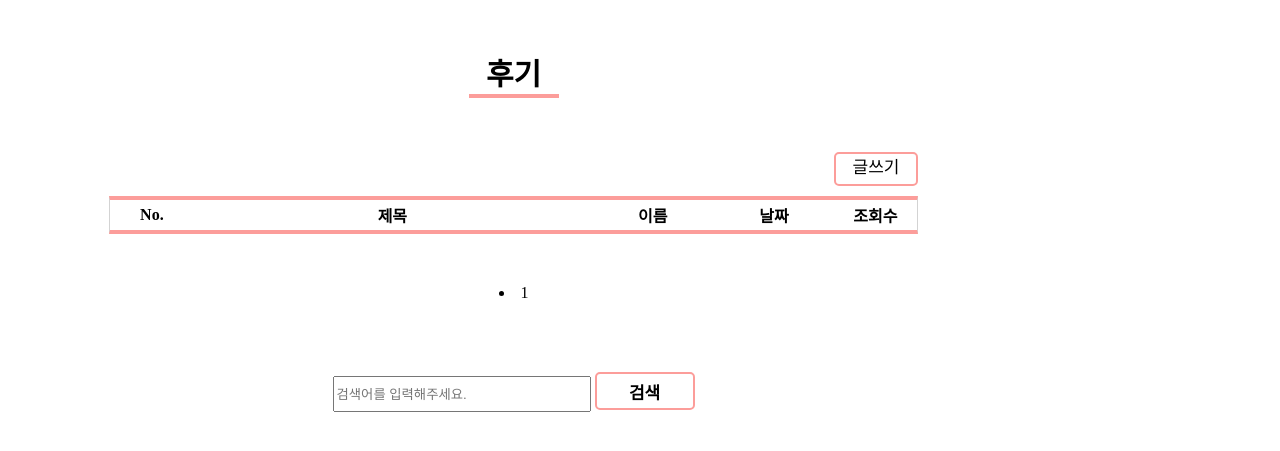
Repository: seugju/HSDsemi
Page: http://localhost/studioMood/postList?reqPage=1
An editor plug-in stored every save of this project. The page is shown before and after the next save, followed by the edit.
The browser window is 1280 px wide. The pictures show the whole page.
The page is served by Tomcat 9. Other server files are loaded and not shown. Queries for data that is not in the repository find no rows.

Above is the page before, as saved 2020-11-23 05:18:28.

### project-workspace/studioMood/WebContent/WEB-INF/views/post/postList.jsp
<%@page import="member.model.vo.Member"%>
<%@page import="java.util.ArrayList"%>
<%@page import="post.model.vo.Post"%>
<%@ page language="java" contentType="text/html; charset=UTF-8"
    pageEncoding="UTF-8"%>
    <%
    ArrayList<Post> list = (ArrayList<Post>)request.getAttribute("list");
    String pageNavi = (String)request.getAttribute("pageNavi");
    Member m = (Member)session.getAttribute("member");
    %>
<!DOCTYPE html PUBLIC "-//W3C//DTD HTML 4.01 Transitional//EN" "http://www.w3.org/TR/html4/loose.dtd">
<html>
<head>
<meta http-equiv="Content-Type" content="text/html; charset=UTF-8">
<title>Insert title here</title>
   <style>
        .content{
            width: 80%;

        }
        .content *{
            margin: 0 auto;
        }
        .pink{
            margin-top: 50px;
            width: 90px;
            text-align: center;
            font-weight: bold;
            font-size: 30px;
            border-bottom: 4px solid rgb(252, 157, 154);
        }
        table{
            width: 80%;
            border-top: 4px solid rgb(252, 157, 154);
            border-left: 1px solid lightgray;
            border-bottom: 4px solid rgb(252, 157, 154);
            border-right: 1px solid lightgray;
        }
       .write>a{
            text-decoration: none;
            color: black;
            display: inline-block;
            width: 80px;
            height: 30px;
            line-height: 28px;
            font-size: 17px;
            text-align: center;
            background-color: white;
            border: 2px solid rgb(252, 157, 154);
            border-radius: 5px;


        }
        .write{
            width: 80%;
            text-align: right;
            margin-bottom: 10px;
        }
        .post{
            width: 80%;
            text-align: center;
        }
        .search-text{
            width: 250px;
            height: 30px;
        }
        .btn-post{
            margin-top: 20px;
            width: 100px;
            height: 38px;
            font-weight: bold;
            font-size: 17px;
            background-color: white;
            border: 2px solid rgb(252, 157, 154);
            border-radius: 5px;
        }
        #pageNavi{
            text-align: center;
            margin: 50px;
        }
    </style>
</head>
<body>
  <div class="content">
   <section>
       <div class="pink">후기</div>
       <br>
       <br>
       <br>

       <%//if(m!=null && m.getMemberLevel()==1) {%>
       <div class="write">
       <a href="/postWriteFrm" class="write-btn">글쓰기</a>
       </div>
       <%//} %>
       <table>
           <tr>
               <th width="10%">No.</th>
               <th width="50%">제목</th>
               <th width="15%;">이름</th>
               <th width="15%;">날짜</th>
               <th width="10%;">조회수</th>
           </tr>
           <%for(Post p : list) {%>
          <tr>
               <th><%=p.getpNum() %></th>
               <th><a href="/postView?postNo=<%=p.getPostNo()%>"><%=p.getPostTitle() %></a></th>
               <th><%=p.getPostWriter() %></th>
               <th><%=p.getPostWriter() %></th>
               <th></th>
           </tr>
           <%} %>
       </table>
       <div id="pageNavi"><%=pageNavi %></div>
       <div class="post">
       <form action="" method="get" id="search">
       <input type="text" placeholder="검색어를 입력해주세요." class="search-text">
       <input type="submit" value="검색" class="btn-post">
       </form>
       </div>
   </section>
    </div>
</body>
</html>

### project-workspace/studioMood/src/post/controller/PostListServlet.java
package post.controller;

import java.io.IOException;

import javax.servlet.RequestDispatcher;
import javax.servlet.ServletException;
import javax.servlet.annotation.WebServlet;
import javax.servlet.http.HttpServlet;
import javax.servlet.http.HttpServletRequest;
import javax.servlet.http.HttpServletResponse;

import post.model.service.PostService;
import post.model.vo.PostPageData;

/**
 * Servlet implementation class PostListServlet
 */
@WebServlet(name = "PostList", urlPatterns = { "/postList" })
public class PostListServlet extends HttpServlet {
	private static final long serialVersionUID = 1L;

    /**
     * @see HttpServlet#HttpServlet()
     */
    public PostListServlet() {
        super();
        // TODO Auto-generated constructor stub
    }

	/**
	 * @see HttpServlet#doGet(HttpServletRequest request, HttpServletResponse response)
	 */
	protected void doGet(HttpServletRequest request, HttpServletResponse response) throws ServletException, IOException {
		//1. 인코딩
		request.setCharacterEncoding("utf-8");
		//2. view에서 ~~
		int reqPage = Integer.parseInt(request.getParameter("reqPage"));
		//3.비지니스 로직
		PostPageData ppd = new PostService().selectList(reqPage);
		//4. 결과처리
		RequestDispatcher rd = request.getRequestDispatcher("/WEB-INF/views/post/postList.jsp");
		request.setAttribute("list", ppd.getList());
		request.setAttribute("pageNavi", ppd.getPageNavi());
		rd.forward(request, response);
	}

	/**
	 * @see HttpServlet#doPost(HttpServletRequest request, HttpServletResponse response)
	 */
	protected void doPost(HttpServletRequest request, HttpServletResponse response) throws ServletException, IOException {
		// TODO Auto-generated method stub
		doGet(request, response);
	}

}

### project-workspace/studioMood/src/post/model/service/PostService.java
package post.model.service;

import java.sql.Connection;
import java.sql.ResultSet;
import java.util.ArrayList;

import org.apache.tomcat.dbcp.dbcp2.Jdbc41Bridge;

import common.JDBCTemplate;
import post.model.dao.PostDao;
import post.model.vo.Post;
import post.model.vo.PostComment;
import post.model.vo.PostPageData;
import post.model.vo.PostViewData;

public class PostService {

	public PostPageData selectList(int reqPage) {
		Connection conn = JDBCTemplate.getConnection();
		PostDao dao = new PostDao();
		int totalCount = dao.totalCount(conn);
		int numPerPage = 20;
		int totalPage = 0;
		if(totalCount%numPerPage == 0) {
			totalPage = totalCount / numPerPage;
		}else {
			totalPage = totalCount/ numPerPage+1;
		}
		int start = (reqPage-1)*numPerPage +1;
		int end = reqPage*numPerPage;

		ArrayList<Post> list = new PostDao().selectList(conn,start,end);

		int pageNaviSize = 5;
		String pageNavi="";

		int pageNo = reqPage-2;
		if(reqPage <=3) {
			pageNo=1;
		}else if(pageNo>totalPage-4){
			pageNo = totalPage-4;
		}
		if(pageNo != 1) {
			pageNavi += "<li class='page-item'><a class='page-link' href='/postList?reqPage="+(pageNo-1)+"'>이전</a></li>";
		}
		for(int i=0; i<pageNaviSize;i++) {
			if(reqPage == pageNo) {
				pageNavi += "<li class='page-item'><span class='selectPage page-link'>"+pageNo+"</spna></li>";
			}else {
				pageNavi +="<li class='page-item'><a class='page-link' href='/postList?reqPage="+pageNo+"'>"+pageNo+"</a></li>";
			}
			pageNo++;
			if(pageNo > totalPage) {
				break;
			}
		}
		if(pageNo <= totalPage) {
			pageNavi += "<li class='page-item'><a class='page-link' href='/postList?reqPage="+pageNo+"'>다음</a></li>";
		}
		PostPageData ppd = new PostPageData(list, pageNavi);
		JDBCTemplate.close(conn);
		//여기만큼씩
		//할수있죠??글쎄요... 해볼게요일단...ㅠㅠㅠㅠㄴ ㅇㅇ 이미 다른거만들어져있어서 어디에 뭐가필요한지정리마하면될것같아요
		//네ㅠㅠ
		return ppd;
	}

	public int insertPost(Post p) {
		Connection conn = JDBCTemplate.getConnection();
		int result = new PostDao().insertPost(conn, p);
		if(result>0) {
			JDBCTemplate.commit(conn);
		}else {
			JDBCTemplate.rollback(conn);
		}
		JDBCTemplate.close(conn);
		return result;
	}

	public int updatePost(Post p) {
		Connection conn = JDBCTemplate.getConnection();
		int result = new PostDao().updatePost(conn, p);
		if(result>0) {
			JDBCTemplate.commit(conn);
		}else {
			JDBCTemplate.rollback(conn);
		}
		JDBCTemplate.close(conn);
		return result;
	}

	public Post selectOnePost(int postNo) {
		Connection conn = JDBCTemplate.getConnection();
		Post p = new PostDao().selectPost(conn, postNo);
		if(p != null) {
			JDBCTemplate.commit(conn);
		}else {
			JDBCTemplate.rollback(conn);
		}
		JDBCTemplate.close(conn);
		return p;
	}

	public PostViewData selectPostView(int postNo) {
		Connection conn = JDBCTemplate.getConnection();
		Post p = new PostDao().selectPost(conn, postNo);
		ArrayList<PostComment> list = new PostDao().selectPostCommentlist(conn, postNo);
		JDBCTemplate.close(conn);
		PostViewData pvd = new PostViewData(p, list);
		return pvd;
	}

	public int deletePost(int postNo) {
		Connection conn = JDBCTemplate.getConnection();
		int result = new PostDao().deletePost(conn, postNo);
		if(result>0) {
			JDBCTemplate.commit(conn);
		}else {
			JDBCTemplate.rollback(conn);
		}
		JDBCTemplate.close(conn);
		return result;
	}

	public int insertPostComment(PostComment pc) {
		Connection conn = JDBCTemplate.getConnection();
		int result = new PostDao().insertPostComment(conn, pc);
		if(result>0) {
			JDBCTemplate.commit(conn);
		}else {
			JDBCTemplate.rollback(conn);
		}
		JDBCTemplate.close(conn);
		return result;
	}

	public int postCommentUpdate(int postCommentNo, String postCommentContent) {
		Connection conn = JDBCTemplate.getConnection();
		int result = new PostDao().postCommentUpdate(conn, postCommentNo, postCommentContent);
		if(result>0) {
			JDBCTemplate.commit(conn);
		}else {
			JDBCTemplate.rollback(conn);
		}
		JDBCTemplate.close(conn);
		return result;
	}

	public int postCommentDelete(int postCommentNo) {
		Connection conn = JDBCTemplate.getConnection();
		int result = new PostDao().postCommentDelete(conn, postCommentNo);
		if(result>0) {
			JDBCTemplate.commit(conn);
		}else {
			JDBCTemplate.rollback(conn);
		}
		JDBCTemplate.close(conn);
		return result;
	}

	public PostPageData postSearchKeyword(int reqPage, String keyword, String type) {
		Connection conn = JDBCTemplate.getConnection();
		ArrayList<Post> list = null;
		PostPageData ppd = null;
		if(type.equals("postTitle")) {
			System.out.println("제목으로 검");
			//여기서 제목으로 검색할 때 필요한거 전부다 제작(totalCount, ArrayList<Post>, pageNavi)
			//여기 한영이안되네 -> 여기 이프, 엘스이프가 다 리스트구하는 만큼씩 나올꺼에요
			int totalCount = new PostDao().searchTitleCount(conn, keyword);
			int numPerPage = 20;
			int totalPage = 0;
			if(totalCount%numPerPage == 0) {
				totalPage = totalCount / numPerPage;
			}else {
				totalPage = totalCount/ numPerPage+1;
			}
			int start = (reqPage-1)*numPerPage +1;
			int end = reqPage*numPerPage;

			ArrayList<Post> titlelist = new PostDao().searchTitleList(conn,start,end, keyword);
			for(Post p : titlelist) {
				System.out.println(1);
				System.out.println(p.getPDate());
			}
			int pageNaviSize = 5;
			String pageNavi="";

			int pageNo = reqPage-2;
			if(reqPage <=3) {
				pageNo=1;
			}else if(pageNo>totalPage-4){
				pageNo = totalPage-4;
			}
			if(pageNo != 1) {
				pageNavi += "<li class='page-item'><a class='page-link' href='/postSearchKeyword?reqPage="+(pageNo-1)+"&type=postTitle&keyword="+keyword+"'>이전</a></li>";
			}
			for(int i=0; i<pageNaviSize;i++) {
				if(reqPage == pageNo) {
					pageNavi += "<li class='page-item'><span class='selectPage page-link'>"+pageNo+"</spna></li>";
				}else {
					pageNavi +="<li class='page-item'><a class='page-link' href='/postSearchKeyword?reqPage="+pageNo+"&type=postTitle&keyword="+keyword+"'>"+pageNo+"</a></li>";
				}
				pageNo++;
				if(pageNo > totalPage) {
					break;
				}
			}
			if(pageNo <= totalPage) {
				pageNavi += "<li class='page-item'><a class='page-link' href='/postSearchKeyword?reqPage="+pageNo+"&type=postTitle&keyword="+keyword+"'>다음</a></li>";
			}
			ppd = new PostPageData(titlelist, pageNavi);
		}else if(type.equals("postWriter")) {
			System.out.println("writer");
			//여기서 작성자로 검색할 때 필요한거 전부다 제작(totalCount, ArrayList<Post>, pageNavi)
			int totalCount = new PostDao().searchWriterCount(conn, keyword);
			int numPerPage = 20;
			int totalPage = 0;
			if(totalCount%numPerPage == 0) {
				totalPage = totalCount / numPerPage;
			}else {
				totalPage = totalCount/ numPerPage+1;
			}
			int start = (reqPage-1)*numPerPage +1;
			int end = reqPage*numPerPage;

			ArrayList<Post> writerlist = new PostDao().searchWriterList(conn,start,end, keyword);
			int pageNaviSize = 5;
			String pageNavi="";

			int pageNo = reqPage-2;
			if(reqPage <=3) {
				pageNo=1;
			}else if(pageNo>totalPage-4){
				pageNo = totalPage-4;
			}
			if(pageNo != 1) {
				pageNavi += "<li class='page-item'><a class='page-link' href='/postSearchKeyword?reqPage="+(pageNo-1)+"&type=postWriter&keyword="+keyword+"'>이전</a></li>";
			}
			for(int i=0; i<pageNaviSize;i++) {
				if(reqPage == pageNo) {
					pageNavi += "<li class='page-item'><span class='page-link selectPage'>"+pageNo+"</spna></li>";
				}else {
					pageNavi +="<li class='page-item'><a class='page-link' href='/postSearchKeyword?reqPage="+pageNo+"&type=postWriter&keyword="+keyword+"'>"+pageNo+"</a></li>";
				}
				pageNo++;
				if(pageNo > totalPage) {
					break;
				}
			}
			if(pageNo <= totalPage) {
				pageNavi += "<li class='page-item'><a class='page-link' href='/postSearchKeyword?reqPage="+pageNo+"&type=postWriter&keyword="+keyword+"'>다음</a></li>";
			}
			ppd = new PostPageData(writerlist, pageNavi);
		}
		JDBCTemplate.close(conn);
		return ppd;
	}


}

### project-workspace/studioMood/src/common/JDBCTemplate.java
package common;

import java.sql.Connection;
import java.sql.DriverManager;
import java.sql.ResultSet;
import java.sql.SQLException;
import java.sql.Statement;

//데이터베이스 코드 중 중복부분 처리 클래스 제작
//싱글톤(singleTon) : 클래스에 대한 객체가 포로그램 구동내내 한개만 작성되어 모두 공유하여 사용하는 디자인 패턴

public class JDBCTemplate {

	//리턴타입을 static으로 지정

	//1. Driver등록, Connection객체 생성 --------------------------------------------------------------
	public static Connection getConnection() {
		Connection conn = null;
		try {
			Class.forName("oracle.jdbc.driver.OracleDriver");
			conn = DriverManager.getConnection("jdbc:oracle:thin:@1.220.236.74:15213:xe","HSDsemi","1234");

			//자동 오토 커밋이 설정되어있다.
			conn.setAutoCommit(false); //자동 커밋 설정 해지

		} catch (ClassNotFoundException e) {
			// TODO Auto-generated catch block
			e.printStackTrace();
		} catch (SQLException e) {
			// TODO Auto-generated catch block
			e.printStackTrace();
		}
		return conn;
	}


	//2. Connection Close --------------------------------------------------------------------
	//같은 메소드명(close) - 다른 매개변수 : 오버로딩
	public static void close(Connection conn) {
		try {
			if(conn != null && !conn.isClosed()) { //값이 null이 아니면서 닫혀있지 않을 때
				conn.close();
			}

		} catch (SQLException e) {
			// TODO Auto-generated catch block
			e.printStackTrace();
		}
	}


	//같은 메소드명(close) - 다른 매개변수 : 오버로딩
	public static void close(Statement stmt) {
		try {
			if(stmt != null && !stmt.isClosed()) { ////값이 null이 아니면서 닫혀있지 않을 때
				stmt.close();
			}
		} catch (SQLException e) {
			// TODO Auto-generated catch block
			e.printStackTrace();
		}
	}

	//PreparedStatement는 만들지 않아도 된다. 다형성에 의해 Statement로 처리된다.


	//같은 메소드명(close) - 다른 매개변수 : 오버로딩
	public static void close(ResultSet rset) {
		try {
			if (rset != null && !rset.isClosed()) { // 값이 null이 아니면서 닫혀있지 않을 때
				rset.close();
			}
		} catch (SQLException e) {
			// TODO Auto-generated catch block
			e.printStackTrace();
		}
	}


	//3. commit, rollback ---------------------------------------------------------------
	public static void commit(Connection conn) {
		try {
			if(conn != null && !conn.isClosed()) {
				conn.commit();
			}
		} catch (SQLException e) {
			// TODO Auto-generated catch block
			e.printStackTrace();
		}
	}

	public static void rollback(Connection conn) {
		try {

			if(conn != null && !conn.isClosed()) {
				conn.rollback();
			}

		} catch (SQLException e) {
			// TODO Auto-generated catch block
			e.printStackTrace();
		}
	}


}

### project-workspace/studioMood/src/post/model/vo/PostPageData.java
package post.model.vo;

import java.util.ArrayList;

public class PostPageData {
	private ArrayList<Post> list;
	private String pageNavi;
	public PostPageData() {
		super();
		// TODO Auto-generated constructor stub
	}
	public PostPageData(ArrayList<Post> list, String pageNavi) {
		super();
		this.list = list;
		this.pageNavi = pageNavi;
	}
	public ArrayList<Post> getList() {
		return list;
	}
	public void setList(ArrayList<Post> list) {
		this.list = list;
	}
	public String getPageNavi() {
		return pageNavi;
	}
	public void setPageNavi(String pageNavi) {
		this.pageNavi = pageNavi;
	}

}

Loaded but not shown: project-workspace/studioMood/src/post/model/dao/PostDao.java (409 lines, source omitted)

After the next save:
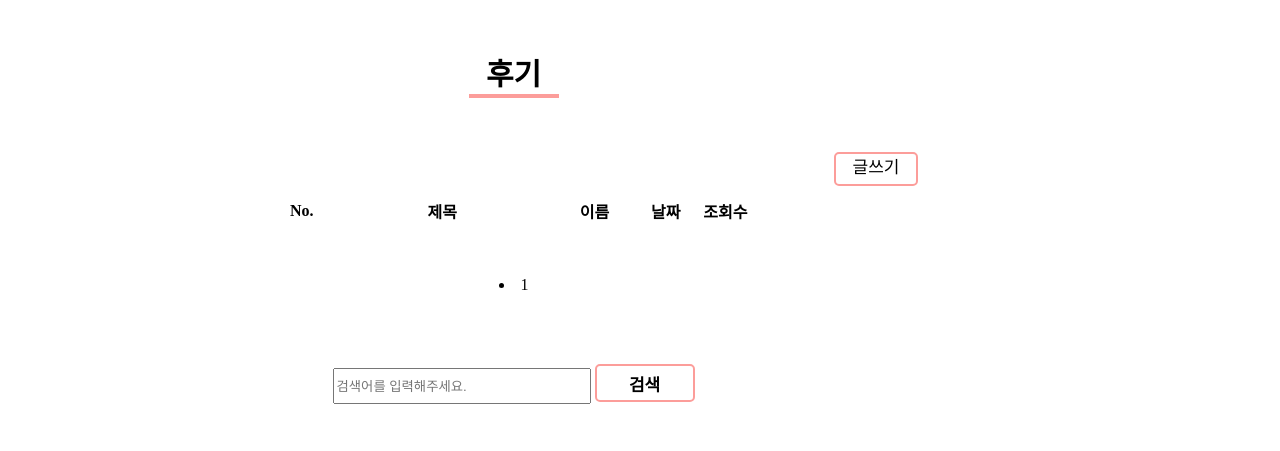
Saved 102 s later.
--- a/project-workspace/studioMood/WebContent/WEB-INF/views/post/postList.jsp
+++ b/project-workspace/studioMood/WebContent/WEB-INF/views/post/postList.jsp
@@ -29,7 +29,7 @@
             font-size: 30px;
             border-bottom: 4px solid rgb(252, 157, 154);
         }
-        table{
+        post-table{
             width: 80%;
             border-top: 4px solid rgb(252, 157, 154);
             border-left: 1px solid lightgray;
@@ -93,7 +93,7 @@
        <a href="/postWriteFrm" class="write-btn">글쓰기</a>
        </div>
        <%//} %>
-       <table>
+       <table class="post-table">
            <tr>
                <th width="10%">No.</th>
                <th width="50%">제목</th>

After the save that followed:
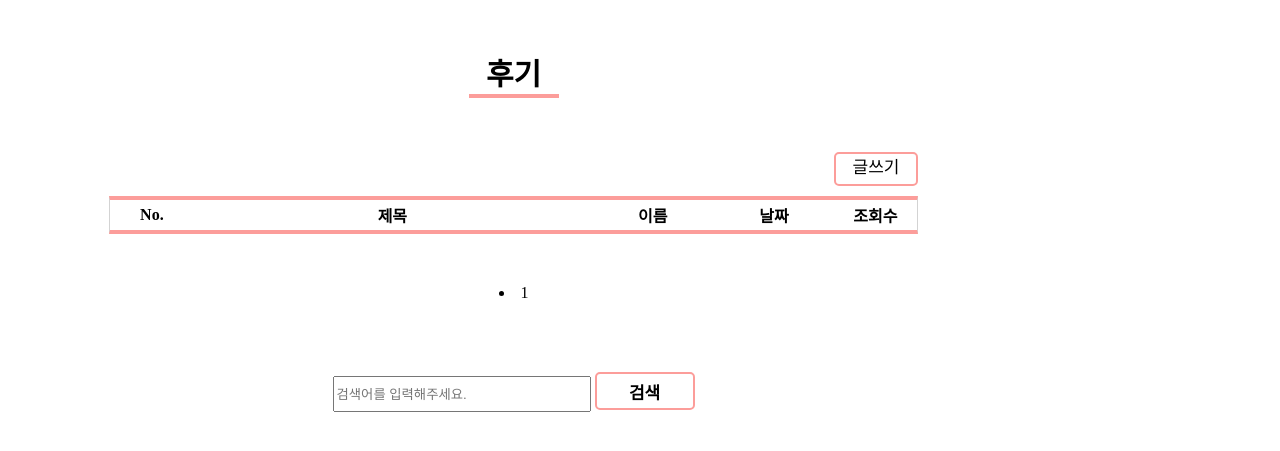
Saved 10 s later.
--- a/project-workspace/studioMood/WebContent/WEB-INF/views/post/postList.jsp
+++ b/project-workspace/studioMood/WebContent/WEB-INF/views/post/postList.jsp
@@ -29,7 +29,7 @@
             font-size: 30px;
             border-bottom: 4px solid rgb(252, 157, 154);
         }
-        post-table{
+        .post-table{
             width: 80%;
             border-top: 4px solid rgb(252, 157, 154);
             border-left: 1px solid lightgray;
